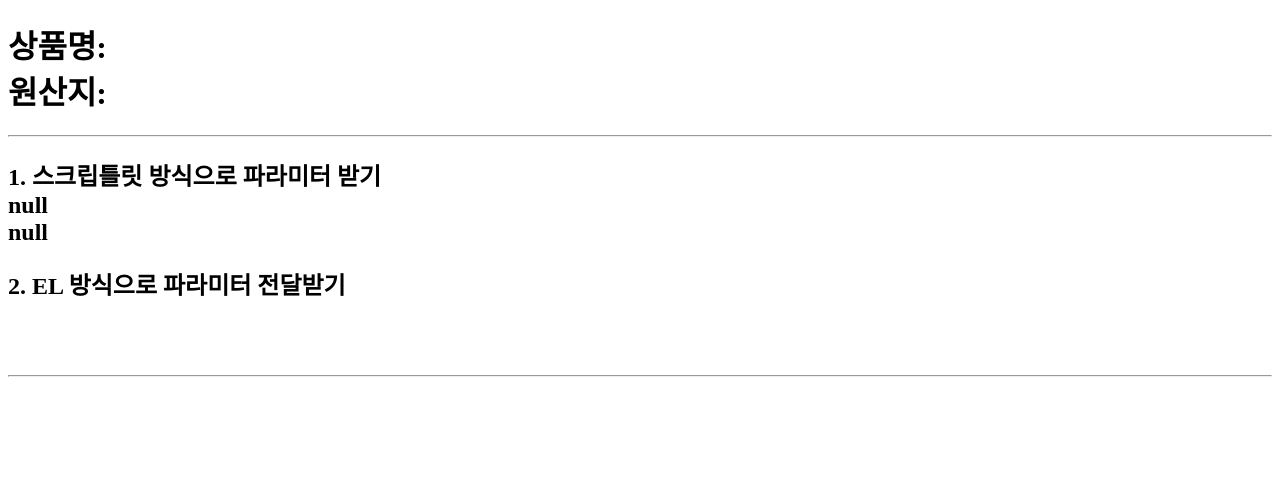
Repository: leechanggyu1118/JSTL_JAVA-WEB_-
Page: http://localhost/jstl_study/step-3.jsp
An editor plug-in stored every save of this project. The page is shown before and after the next save, followed by the edit.
The browser window is 1280 px wide. The pictures show the whole page.
The page is served by Tomcat 9.

Above is the page before, as saved 2024-04-11 03:17:55.

After the next save:
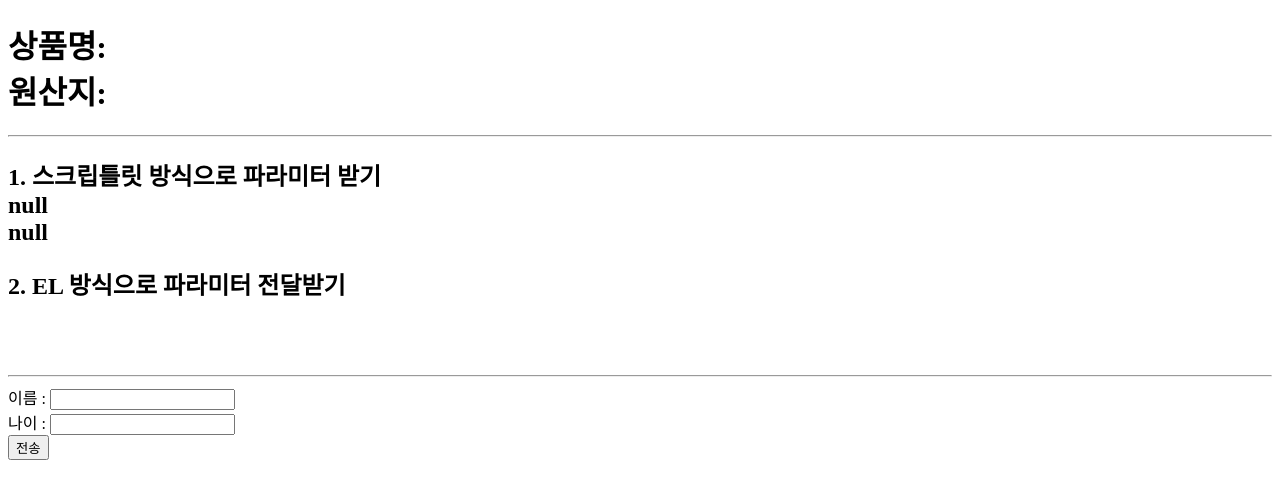
Saved 93 s later.
--- a/jstl_study/src/main/webapp/step-3.jsp
+++ b/jstl_study/src/main/webapp/step-3.jsp
@@ -30,5 +30,18 @@
 
 	<hr>
 
+	<!-- form tag 로 데이터 전송  -->
+	<!-- queryString 방식의 전송은 get방식으로 전송  -->
+	<!-- form tag 전송방식은 선택가능. get / post 방식 중 선택 가능  -->
+
+	<form action="step-4.jsp">
+		이름 : <input type="text" name="name"> <br>
+		나이 : <input type="text" age="age"> <br>
+		<button type="submit">전송</button>
+	</form>
+
+
+
+
 </body>
 </html>
